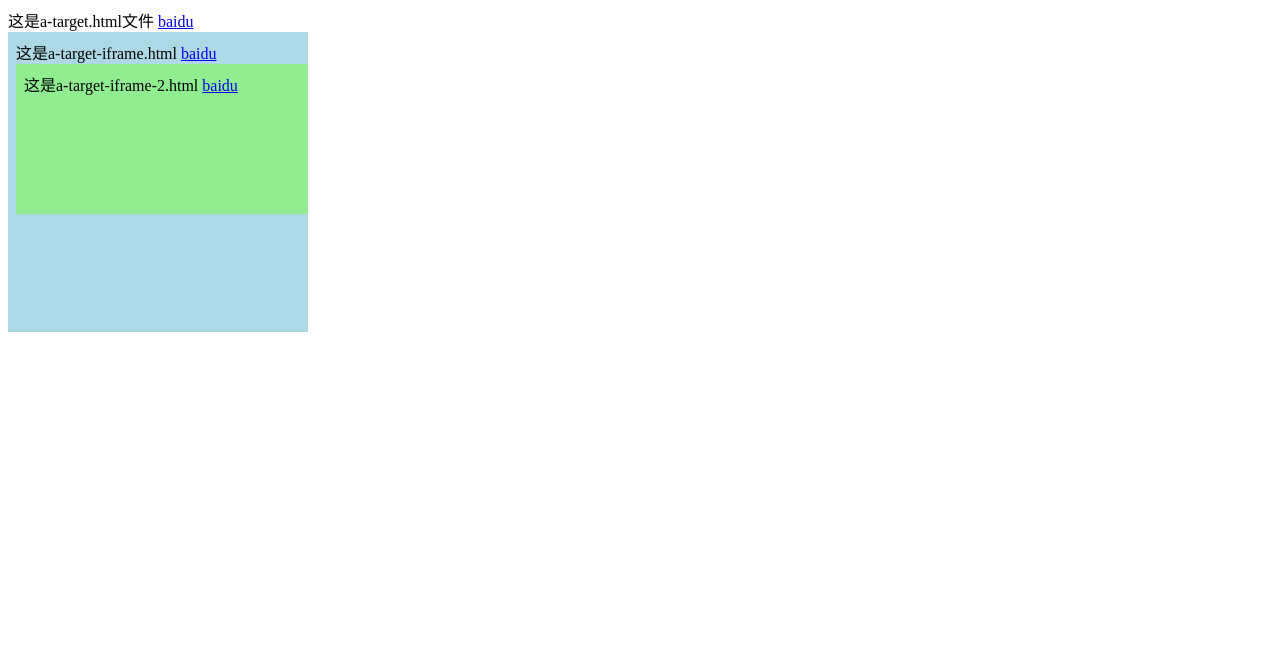
Repository: Lixianlai-2/html-demo-1
Page: a-target.html
These files come from the project's save history. The page is drawn as it stood at one moment and after the next save; the edit follows.
The browser window is 1280 px wide. The pictures show the whole page.

Above is the page before, as saved 2021-11-27 12:34:21.

### a-target.html
<!DOCTYPE html>
<html lang="en">
  <head>
    <meta charset="UTF-8" />
    <meta http-equiv="X-UA-Compatible" content="IE=edge" />
    <meta name="viewport" content="width=device-width, initial-scale=1.0" />
    <title>Document</title>
  </head>
  <body>
    这是a-target.html文件
    <a href="//baidu.com" target="_blank">baidu</a>

    <div>
      <iframe
        width="300px"
        height="300px"
        src="/a-target-iframe.html"
        frameborder="0"
      ></iframe>
    </div>
  </body>
</html>

### a-target-iframe.html
<!DOCTYPE html>
<html lang="en">
  <head>
    <meta charset="UTF-8" />
    <meta http-equiv="X-UA-Compatible" content="IE=edge" />
    <meta name="viewport" content="width=device-width, initial-scale=1.0" />
    <title>Document</title>
  </head>
  <body style="background-color: lightblue">
    这是a-target-iframe.html

    <!-- _top会直接在当前页面跳转，而不是按照a-target.html中的_blank打开新页面 -->
    <a href="//baidu.com" target="_top">baidu</a>

    <iframe src="/a-target-iframe-2.html" frameborder="0"></iframe>
  </body>
</html>

### a-target-iframe-2.html
<!DOCTYPE html>
<html lang="en">
  <head>
    <meta charset="UTF-8" />
    <meta http-equiv="X-UA-Compatible" content="IE=edge" />
    <meta name="viewport" content="width=device-width, initial-scale=1.0" />
    <title>Document</title>
  </head>
  <body style="background-color: lightgreen">
    这是a-target-iframe-2.html
    <a href="//baidu.com" target="_parent">baidu</a>
  </body>
</html>

After the next save:
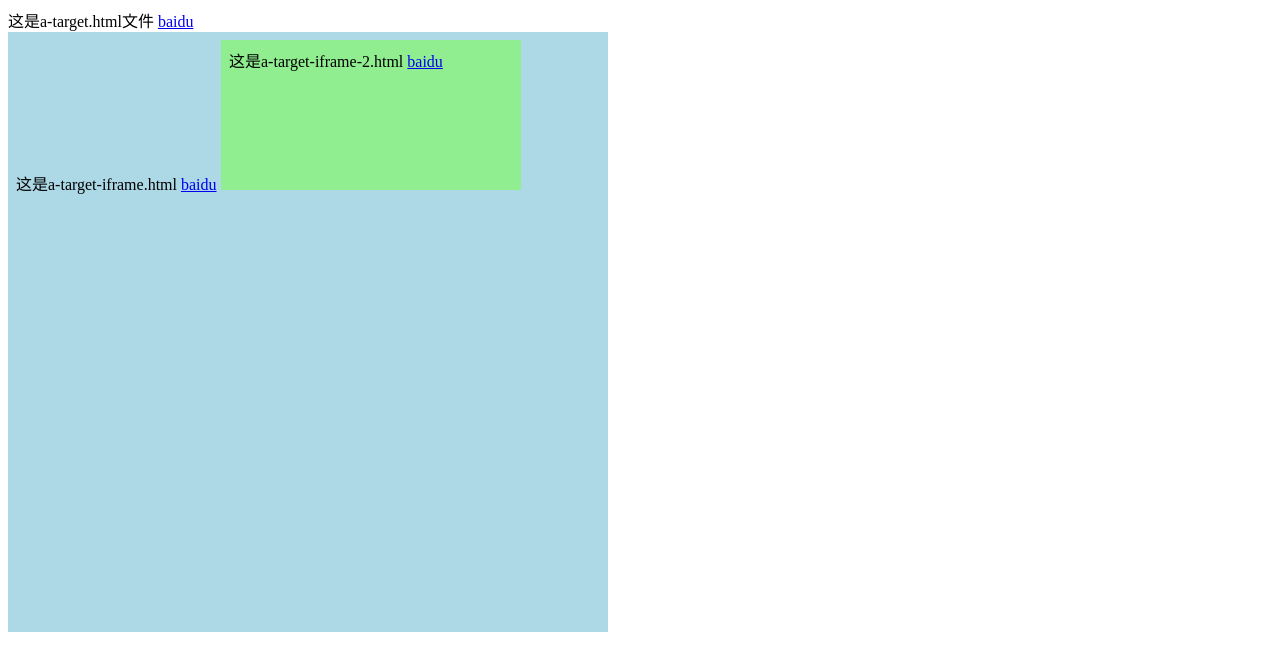
Saved 10 s later.
--- a/a-target.html
+++ b/a-target.html
@@ -12,8 +12,8 @@
 
     <div>
       <iframe
-        width="300px"
-        height="300px"
+        width="600px"
+        height="600px"
         src="/a-target-iframe.html"
         frameborder="0"
       ></iframe>
